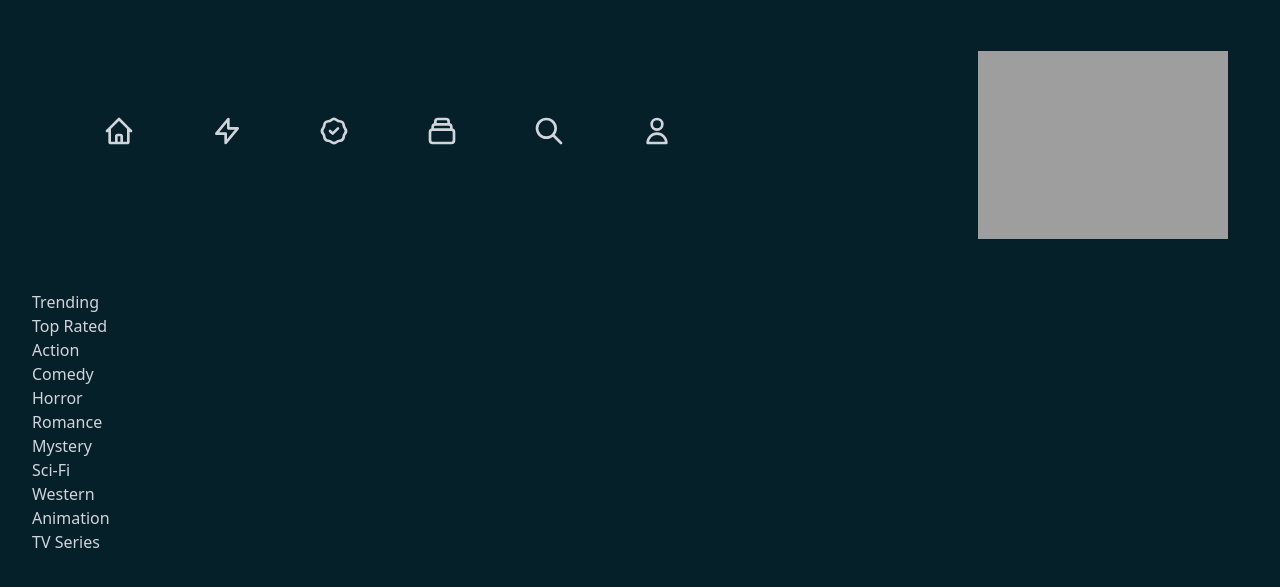
Repository: Delos-343/Hulu-2.0
Page: /
An editor plug-in stored every save of this project. The page is shown before and after the next save, followed by the edit.
The browser window is 1280 px wide. The pictures show the whole page.
Pictures or frames that could not be fetched are drawn as grey boxes. The project was rebuilt for these pictures with package versions that can differ from the ones it lists, and the page was loaded fresh each time. The framework's server and built-in components were replaced by stand-ins that run in the browser. Also part of the build but not shown: next.config.js.

Above is the page before, as saved 2022-04-07 05:35:32.

After the next save:
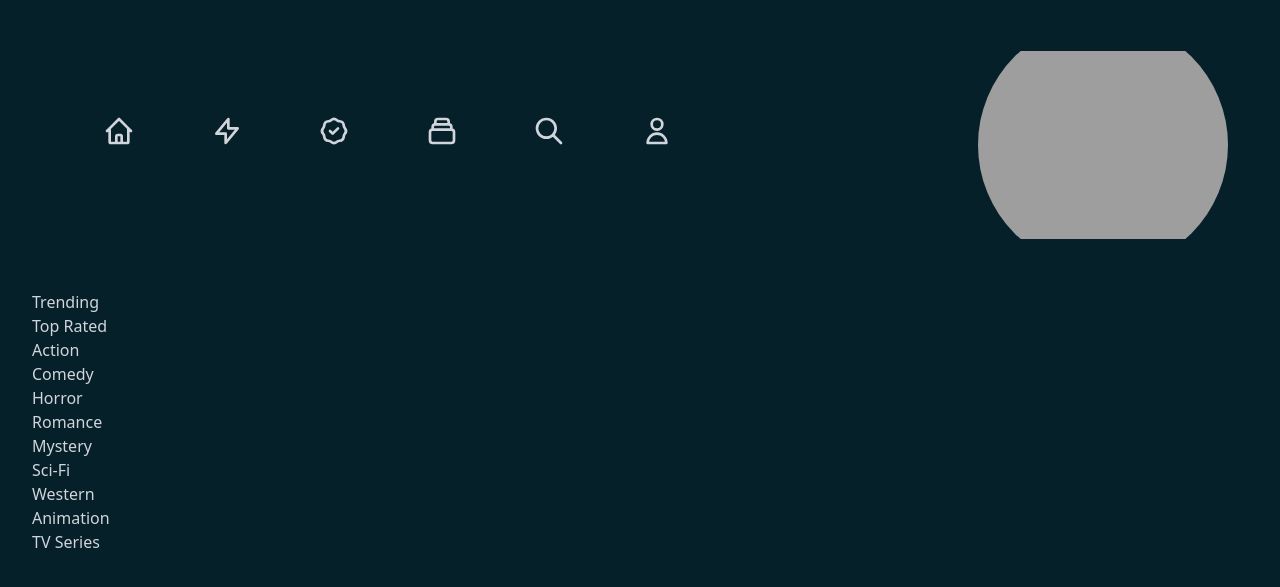
Saved 116 s later.
--- a/components/Header.jsx
+++ b/components/Header.jsx
@@ -18,7 +18,7 @@ function Header() {
           <HeaderItem title='ACCOUNT' Icon={UserIcon} />
         </div>
         <Image
-        className='object-contain rounded'
+        className='object-contain rounded-full'
         src='https://i.postimg.cc/HkgPfHww/fekhri-logo.png'
         width={250}
         height={250}
